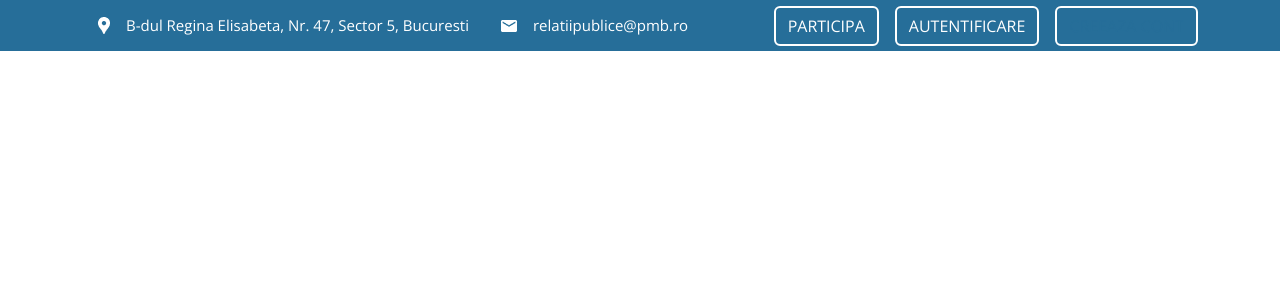
Repository: cosmin05072018/webis-task
Page: index.html
An editor plug-in stored every save of this project. The page is shown before and after the next save, followed by the edit.
The browser window is 1280 px wide. The pictures show the whole page.

Above is the page before, as saved 2024-09-29 13:01:26.

After the next save:
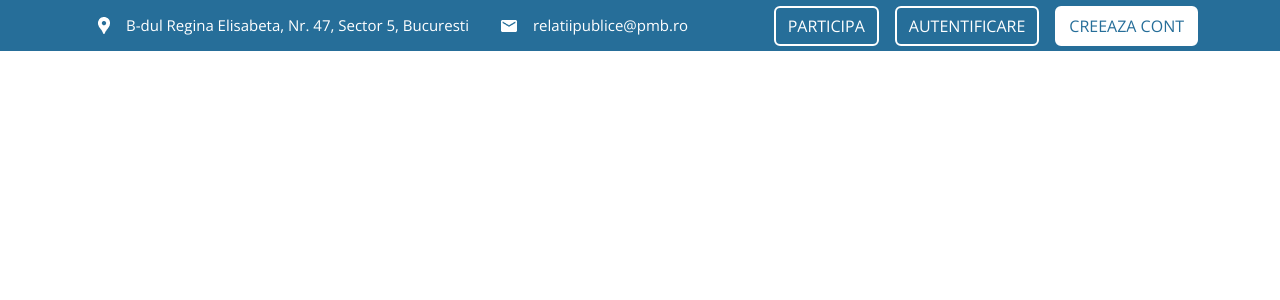
Saved 25 s later.
--- a/assets/css/style.css
+++ b/assets/css/style.css
@@ -54,5 +54,5 @@
 
 .right-section .btn:last-child{
   color: var(--text-blue);
-  background-color: var(--bg-color);
+  background-color: var(--white);
 }
